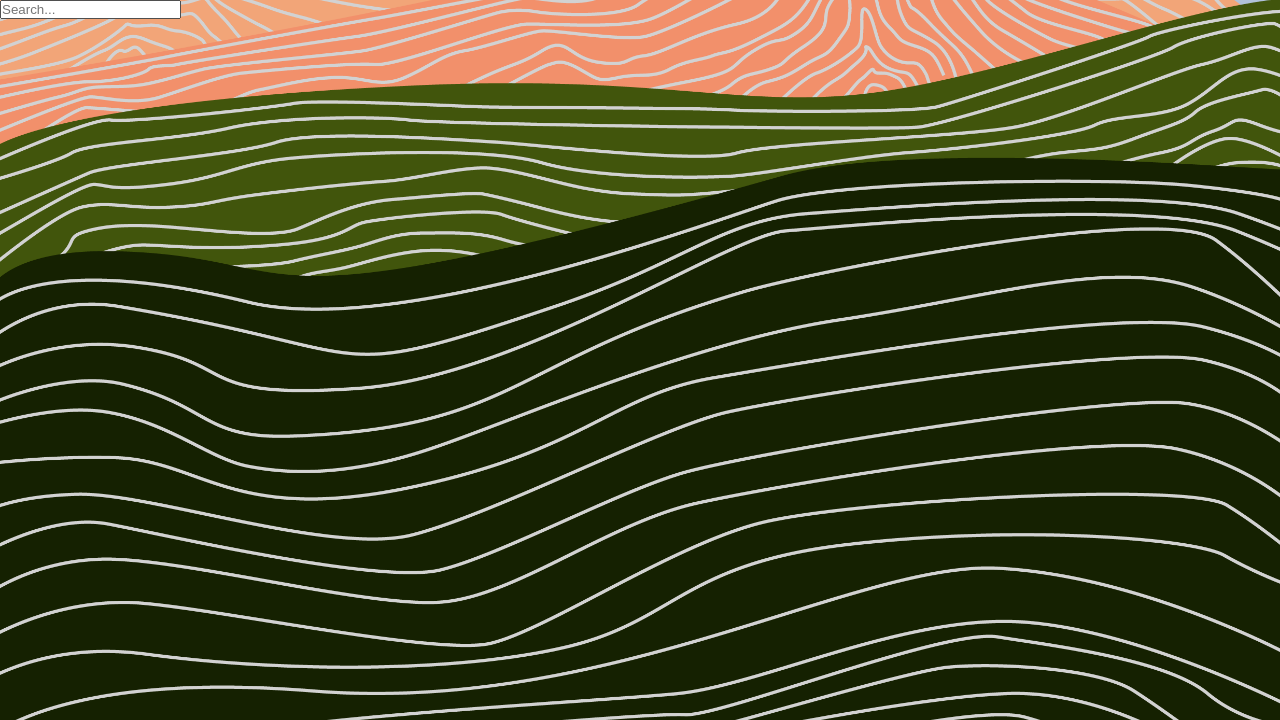
Repository: burntaftermint/weather
Page: /
The author's editor kept a copy of each file at every save. The page is drawn from the files as they stood at one save, then again after the next save.
The browser window is 1280 px wide. The pictures show the whole page.
The project was rebuilt for these pictures with package versions that can differ from the ones it lists, and the page was loaded fresh each time.

Above is the page before, as saved 2023-11-02 04:27:42.

After the next save:
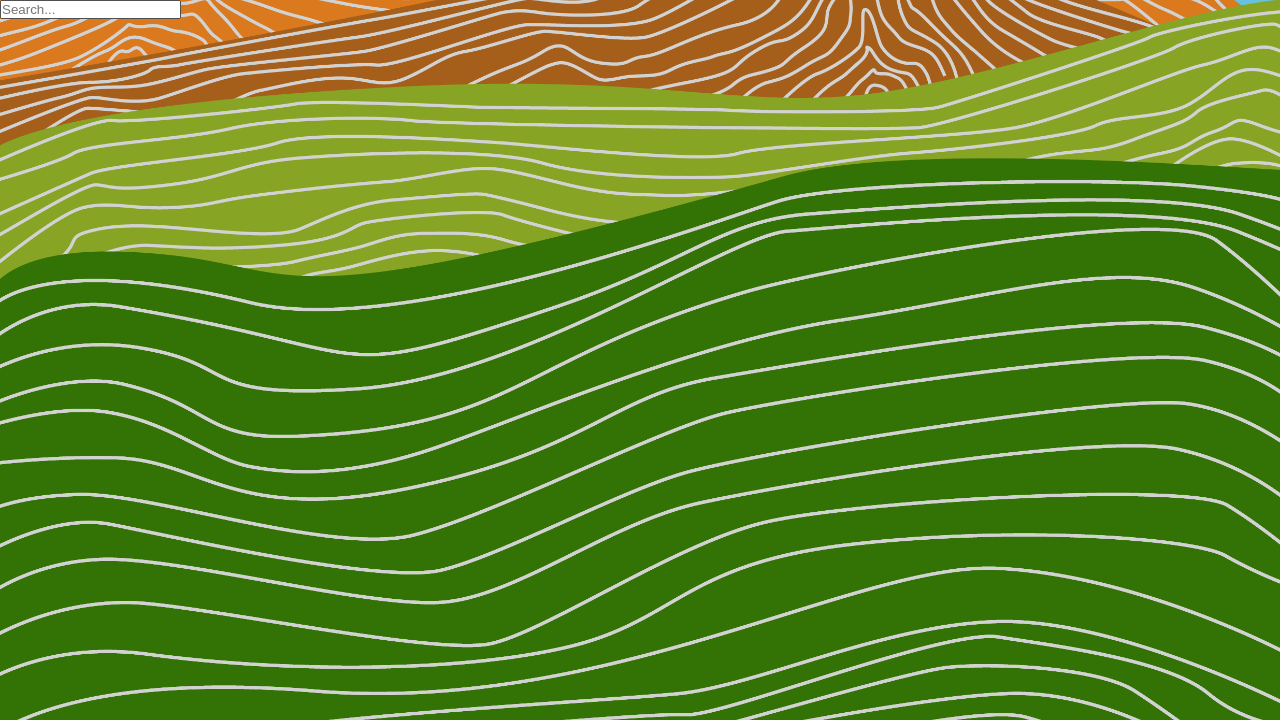
Saved 4 min 35 s later.
--- a/src/App.js
+++ b/src/App.js
@@ -5,7 +5,7 @@
 }
 function App() {
   return (
-    <div className="app">
+    <div className="app warm">
       <main>
         <div className="search-box">
           <input

After the save that followed:
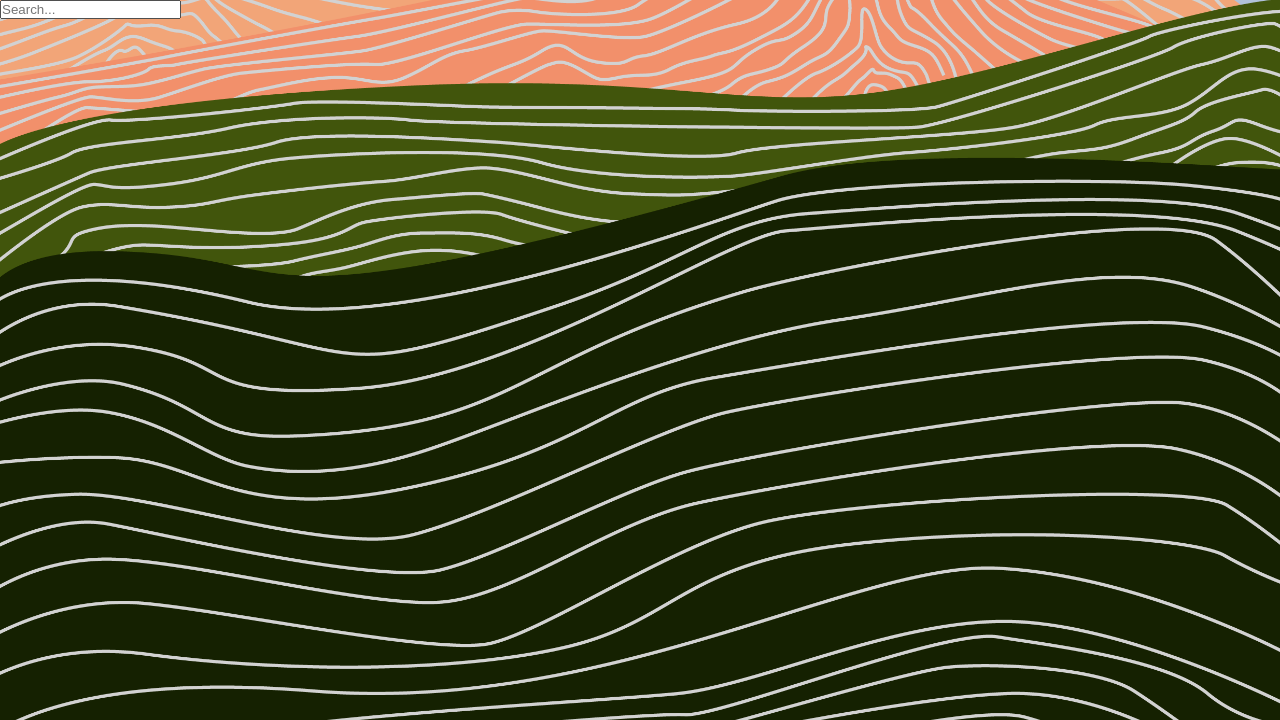
Saved 17 s later.
--- a/src/App.js
+++ b/src/App.js
@@ -5,7 +5,7 @@
 }
 function App() {
   return (
-    <div className="app warm">
+    <div className="app">
       <main>
         <div className="search-box">
           <input
